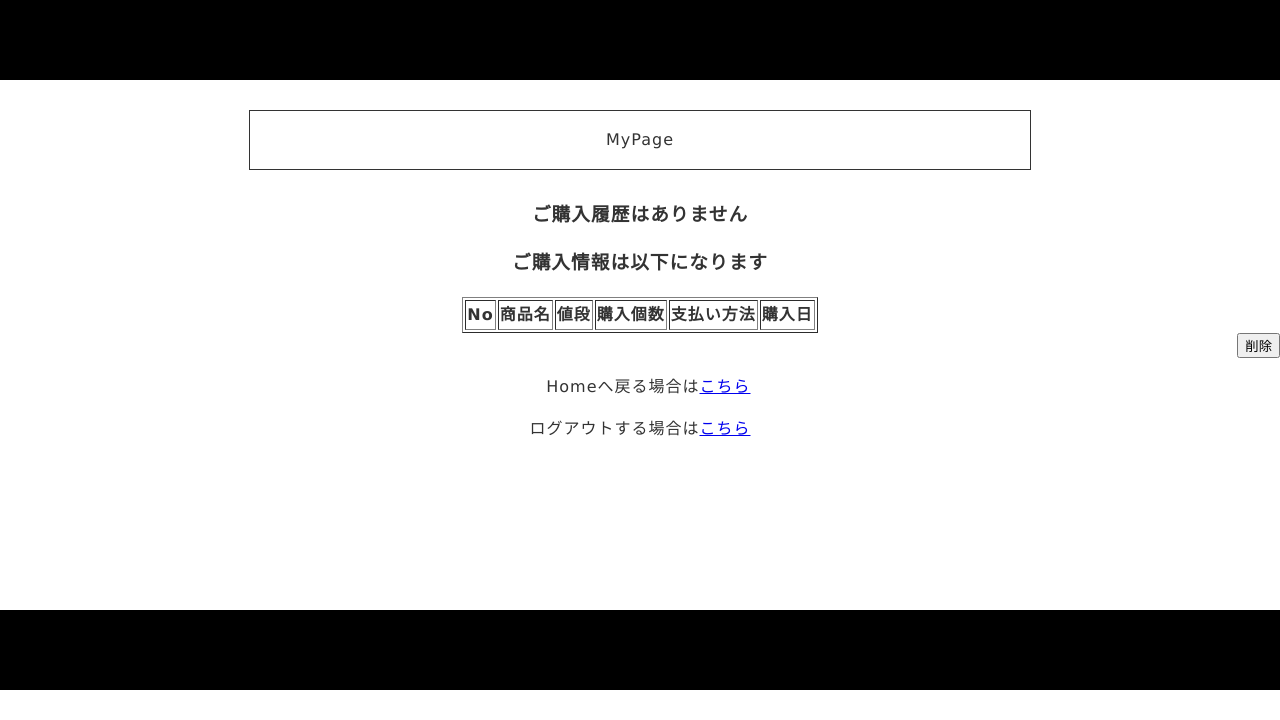
Repository: kousuke-2047/test
Page: http://localhost/ecsite/myPage.jsp
An editor plug-in stored every save of this project. The page is shown before and after the next save, followed by the edit.
The browser window is 1280 px wide. The pictures show the whole page.
The page is served by Tomcat 9.

Above is the page before, as saved 2018-06-11 07:10:53.

After the next save:
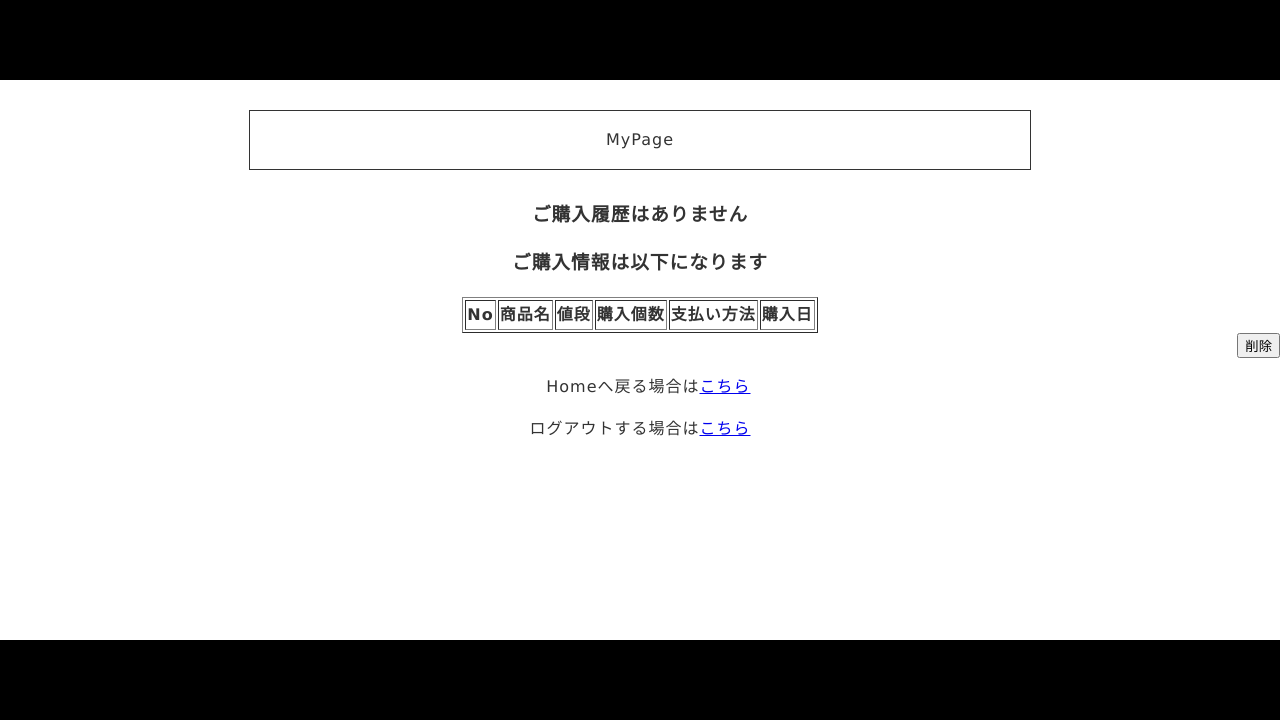
Saved 2 min 43 s later.
--- a/ecsite/WebContent/myPage.jsp
+++ b/ecsite/WebContent/myPage.jsp
@@ -44,7 +44,9 @@
 	width:100%;
 	height:80px;
 	background-color:black;
-	clear:both;
+	position:fixed;
+	bottom:0px;
+
 	}
 	#text-right{
 	display:inline-block;
